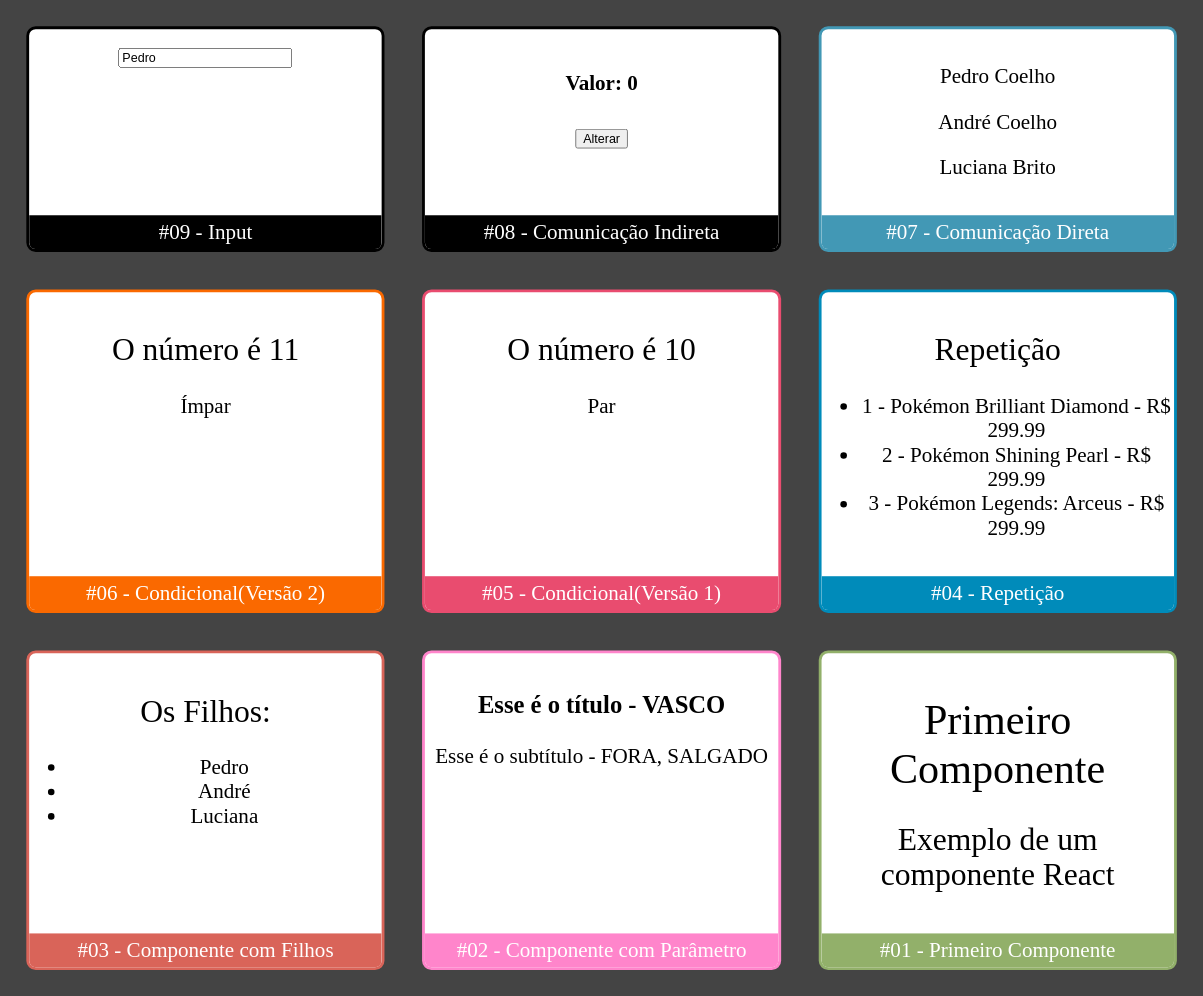
Repository: PedroHQCoelho/fundamentos-react
Page: /
These files come from the project's save history. The page is drawn as it stood at one moment and after the next save; the edit follows.
The browser window is 1280 px wide. The pictures show the whole page, at 94% of full size.
The project was rebuilt for these pictures with package versions that can differ from the ones it lists, and the page was loaded fresh each time.

Above is the page before, as saved 2021-12-16 12:09:50.

### src/index.css
body {
    font-family:'Times New Roman', Times, serif;
    font-weight: 300;
    font-size: 1.4rem;
    background-color: #444;
    color: #fff;
    text-align: center;
}

h1, h2 {
    font-weight: 300;
}

### src/App.jsx
import './App.css'
import React from 'react'

import Primeiro from './components/basicos/Primeiro'
import ComParametro from './components/basicos/ComParametro'
import ComFilhos from './components/basicos/ComFilhos'
import Card from './components/layout/Card'
import Repeticao from './components/basicos/Repeticao'
import Condicional from './components/basicos/Condicional'
import CondicionalComIf from './components/basicos/CondicionalComIf'
import Pai from './components/comunicacao/direta/Pai'
import Super from './components/comunicacao/indireta/Super'
import Input from './components/form/Input'

export default (props) =>(
    <div className="App">
        <Card titulo="#09 - Input">
            <Input/>
        </Card>
        <Card titulo="#08 - Comunicação Indireta">
            <Super/>
        </Card>
        <Card titulo="#07 - Comunicação Direta" color="#4298B5">
            <Pai sobrenome="Coelho"/>
        </Card>
        <Card titulo="#06 - Condicional(Versão 2)" color="#FA6900">
            <CondicionalComIf numero={11} />
        </Card>
        <Card titulo="#05 - Condicional(Versão 1)" color="#E94C6F">
            <Condicional numero={10} />
        </Card>
        <Card titulo="#04 - Repetição" color="#008BBA">
            <Repeticao />
        </Card>
        <Card titulo="#03 - Componente com Filhos" color="#D96459">
            <ComFilhos>
            <ul>
                <li>Pedro</li>
                <li>André</li>
                <li>Luciana</li>
            </ul>
            </ComFilhos>
        </Card>
        <Card titulo="#02 - Componente com Parâmetro" color="#FF85CB">
            <ComParametro titulo="Esse é o título - VASCO"
            subtitulo="Esse é o subtítulo - FORA, SALGADO" />
        </Card>
        <Card titulo="#01 - Primeiro Componente" color="#92B06A">
            <Primeiro />
        </Card>
    </div>
    )

### src/components/basicos/Primeiro.jsx
import React from 'react'

export default () =>
    (
        <div>
            <h1>Primeiro Componente</h1>
            <h2>Exemplo de um componente React</h2>
        </div>
    )

### src/components/basicos/ComParametro.jsx
import React from 'react'

export default props =>
    <>
        <h3>{props.titulo}</h3>
        <p>{props.subtitulo}</p>
    </>

### src/components/basicos/ComFilhos.jsx
import React from 'react'

export default props =>
    <div>
        <h2>Os Filhos:</h2>
        <div>
            {props.children}
        </div>
    </div>

### src/components/layout/Card.jsx
import React from 'react'
import './Card.css'

export default props =>
    <div className="Card" style={{borderColor: props.color || '#000'}}>
        <div className="Content">
            {props.children}
        </div>
        <div className="Footer" style={{backgroundColor: props.color || '#000'}}>
            {props.titulo}
        </div>
    </div>

### src/components/basicos/Repeticao.jsx
import React from 'react'

import produtos from '../../data/produtos'

export default props => {

    function getProdutosListItem(){
        return produtos.map(prod => {
            return <li key={prod.id}>
                {prod.id} - {prod.nome} - R$ {prod.preco}
                </li>
        })
    }

    return (
        <div>
            <h2>Repetição</h2>
            <ul>
                {getProdutosListItem()}
            </ul>
        </div>
    )
}

### src/components/basicos/Condicional.jsx
import React from 'react'

export default props => {

    return (
        <div>
            <h2>O número é {props.numero}</h2>
            { props.numero % 2 === 0 ?
                <span>Par</span>
                : <span>Ímpar</span>
            }
        </div>
    )
}

### src/components/basicos/CondicionalComIf.jsx
import React from 'react'
import If from './If'

export default props => {

    return (
        <div>
            <h2>O número é {props.numero}</h2>
            <If test={props.numero % 2 === 0}>
            <span>Par</span>
            </If>
            <If test={props.numero % 2 === 1}>
            <span>Ímpar</span>
            </If>
        </div>
    )
}

### src/components/comunicacao/direta/Pai.jsx
import React from 'react'
import Filho from './Filho'

export default props =>
    <div>
        <Filho {...props}>Pedro</Filho>
        <Filho sobrenome={props.sobrenome}>André</Filho>
        <Filho sobrenome="Brito">Luciana</Filho>
    </div>

### src/components/comunicacao/indireta/Super.jsx
import React, { useState } from 'react'
import Sub from './Sub'

export default (props) =>{

    const [texto, setTexto] = useState('Valor')
    const [num, setNum] = useState(0)

    function quandoClicar(valorGerado, texto){
        setNum(valorGerado)
        setTexto(texto)
    }

    return(
    <div>
        <h4>{texto}: {num}</h4>
        <Sub onClicar={quandoClicar}></Sub>
    </div>
    );
    };

### src/components/form/Input.jsx
import React from 'react'

export default (props) =>{
    let nome = 'Pedro'
    return (
    <>
        <input type="text" value={nome} />
    </>
    );
};

### src/components/layout/Card.css
.Card {
    flex: 1;
    margin: 20px;
    border: 3px solid #000;
    border-radius: 10px;
    overflow: hidden;
    background-color: #fff;
    display: flex;
    flex-direction: column;
    min-width: 300px;
}

.Card .Content {
    flex: 1;
    color: #000;
    padding: 15px 0px;
}

.Card .Footer {
    background-color: #000;
    color: #fff;
    padding: 5px 0px;
}

### src/data/produtos.js
export default [
    {id: 1, nome: 'Pokémon Brilliant Diamond', preco: 299.99},
    {id: 2, nome: 'Pokémon Shining Pearl', preco: 299.99},
    {id: 3, nome: 'Pokémon Legends: Arceus', preco: 299.99},
]

### src/components/basicos/If.jsx

export default function (props) {
    if (props.test) {
        return props.children
    } else {
        return false
    }
}

### src/components/comunicacao/direta/Filho.jsx
import React from 'react'

export default props =>
    <div>
        <p>{props.children} {props.sobrenome}</p>
    </div>

### src/components/comunicacao/indireta/Sub.jsx
import React from 'react'

export default props => {
    function acao(){
        props.onClicar(Math.random(), 'Valor Gerado')
    }

    return (
    <div>
        <button onClick={acao}>Alterar</button>
    </div>
    );
};

Loaded but not shown: public/index.html (common file); src/index.js (common file); src/App.css (common file)

After the next save:
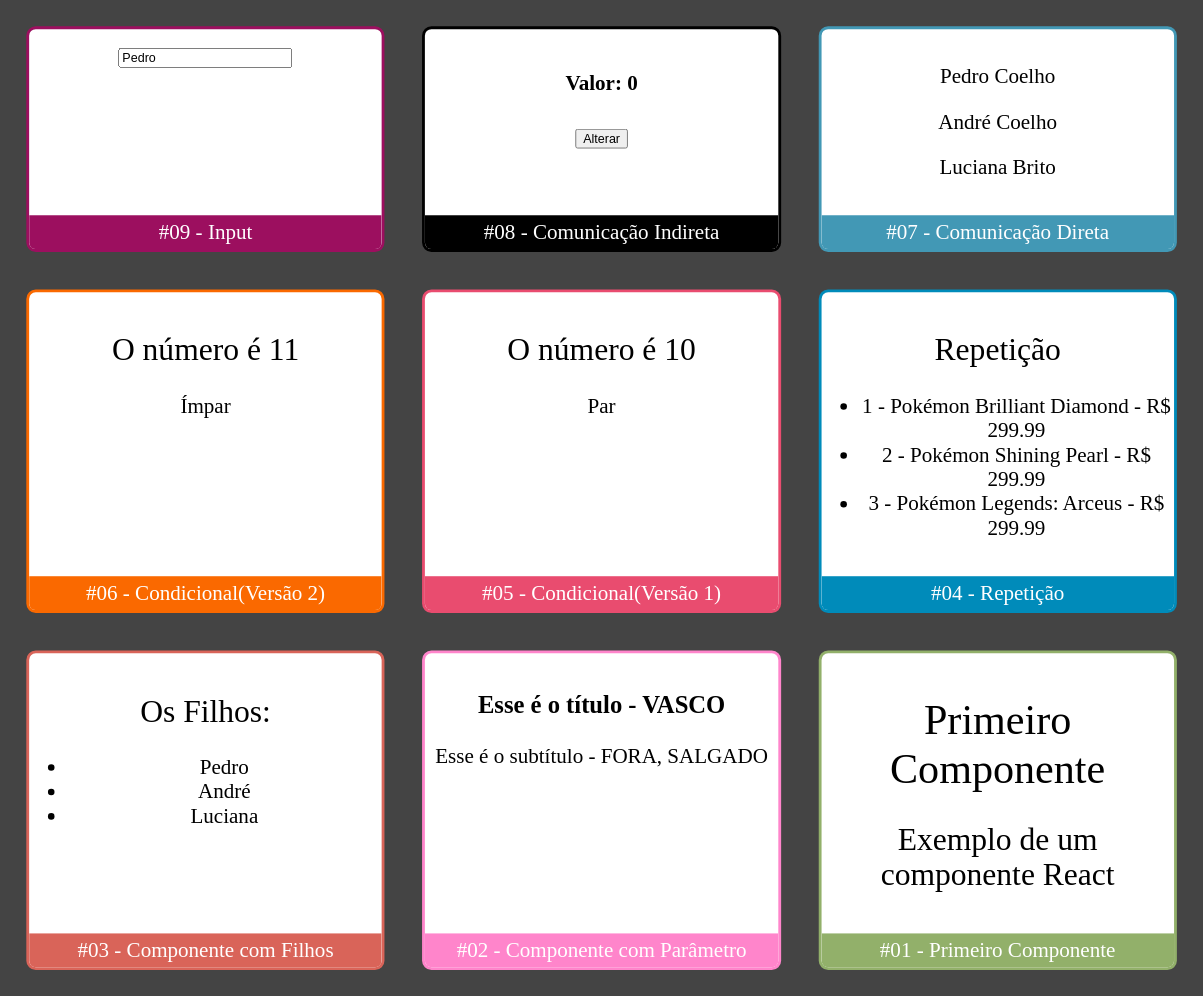
Saved 5 min 38 s later.
--- a/src/App.jsx
+++ b/src/App.jsx
@@ -14,7 +14,7 @@ import Input from './components/form/Input'
 
 export default (props) =>(
     <div className="App">
-        <Card titulo="#09 - Input">
+        <Card titulo="#09 - Input" color="#9C0F5F">
             <Input/>
         </Card>
         <Card titulo="#08 - Comunicação Indireta">
